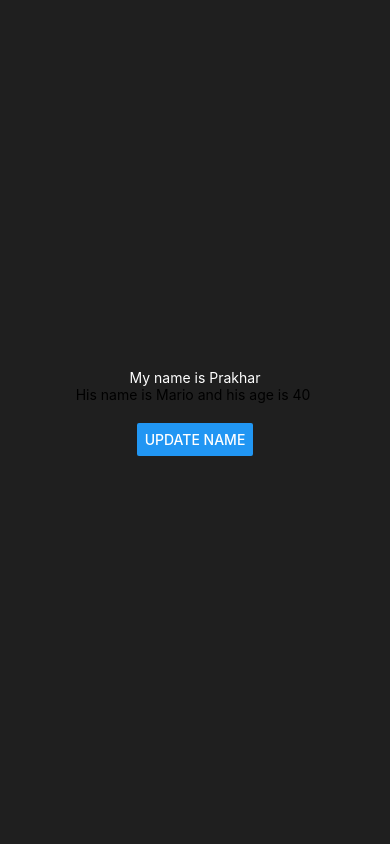
Repository: PrakharGupta36/TodoApp-React-Native
Screen: /
An editor plug-in stored every save of this project. The screen is shown before and after the next save, followed by the edit.
The app was drawn by React Native's web renderer in a window 390 px wide. The project was rebuilt for these pictures with package versions that can differ from the ones it lists, and the page was loaded fresh each time.

Above is the screen before, as saved 2022-03-16 01:01:31.

### App.js
import { StyleSheet, Text, View, StatusBar, Button } from "react-native";
import { React, useState, useEffect } from "react";

export default function App() {
  let [name, setName] = useState("Prakhar");
  let [person, setPerson] = useState({ name: "Mario", age: 40 });

  const changeName = () => {
    setName("User");
    setPerson({ name: "Andy", age: 420 });
  };

  return (
    <View style={styles.container}>
      <Text style={styles.text}>My name is {name}</Text>
      <Text>
        His name is {person.name} and his age is {person.age}{" "}
      </Text>
      <View style={styles.buttonContainer}>
        <Button title='Update Name' onPress={changeName} />
        <StatusBar style='auto' />
      </View>
    </View>
  );
}

const styles = StyleSheet.create({
  container: {
    flex: 1,
    backgroundColor: "#fff",
    alignItems: "center",
    justifyContent: "center",
    backgroundColor: "#1f1f1f",
  },
  text: {
    color: "white",
  },
  buttonContainer: {
    margin: 20,
  },
});

After the next save:
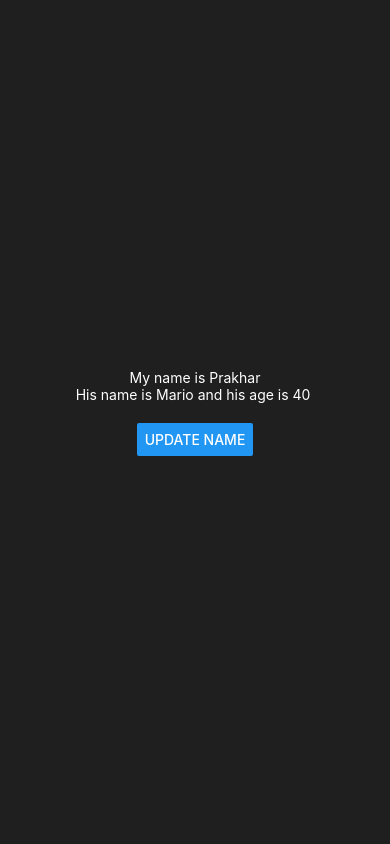
Saved 18 s later.
--- a/App.js
+++ b/App.js
@@ -13,7 +13,7 @@
   return (
     <View style={styles.container}>
       <Text style={styles.text}>My name is {name}</Text>
-      <Text>
+      <Text style={styles.text}>
         His name is {person.name} and his age is {person.age}{" "}
       </Text>
       <View style={styles.buttonContainer}>
